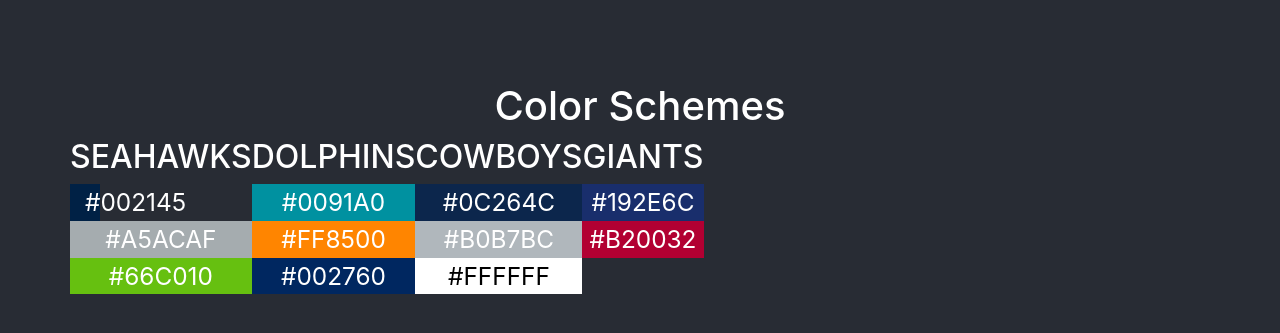
Repository: MikeTroianello/troianello.co
Page: /projects
The author's editor kept a copy of each file at every save. The page is drawn from the files as they stood at one save, then again after the next save.
The browser window is 1280 px wide. The pictures show the whole page.
The project was rebuilt for these pictures with package versions that can differ from the ones it lists, and the page was loaded fresh each time.

Above is the page before, as saved 2019-06-24 17:51:48.

After the next save:
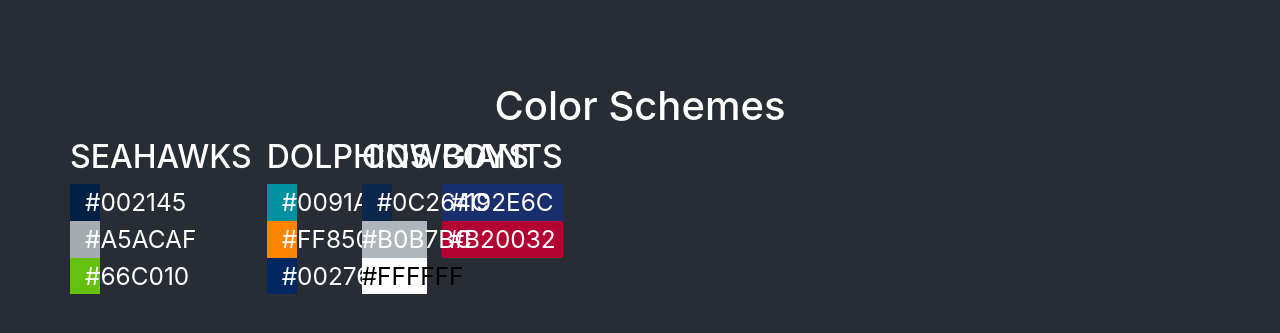
Saved 115 s later.
--- a/src/App.js
+++ b/src/App.js
@@ -12,18 +12,18 @@
             <div className='teams seahawks'>
               <h2>SEAHAWKS</h2>
               <div className='col-1 s-blue'>#002145</div>
-              <div className='s-gray'>#A5ACAF</div>
-              <div className='s-green'>#66C010</div>
+              <div className='col-1 s-gray'>#A5ACAF</div>
+              <div className='col-1 s-green'>#66C010</div>
             </div>
-            <div className='teams dolphins'>
+            <div className='col-1 teams dolphins'>
               <h2>DOLPHINS</h2>
-              <div className='d-aqua'>#0091A0</div>
-              <div className='d-orange'>#FF8500</div>
-              <div className='d-dark-blue'>#002760</div>
+              <div className='col-1 d-aqua'>#0091A0</div>
+              <div className='col-1 d-orange'>#FF8500</div>
+              <div className='col-1 d-dark-blue'>#002760</div>
             </div>
-            <div className='teams cowboys'>
+            <div className='col-1 teams cowboys'>
               <h2>COWBOYS</h2>
-              <div className='c-blue'>#0C264C</div>
+              <div className='col-1 c-blue'>#0C264C</div>
               <div className='c-gray'>#B0B7BC</div>
               <div className='c-white'>#FFFFFF</div>
             </div>
